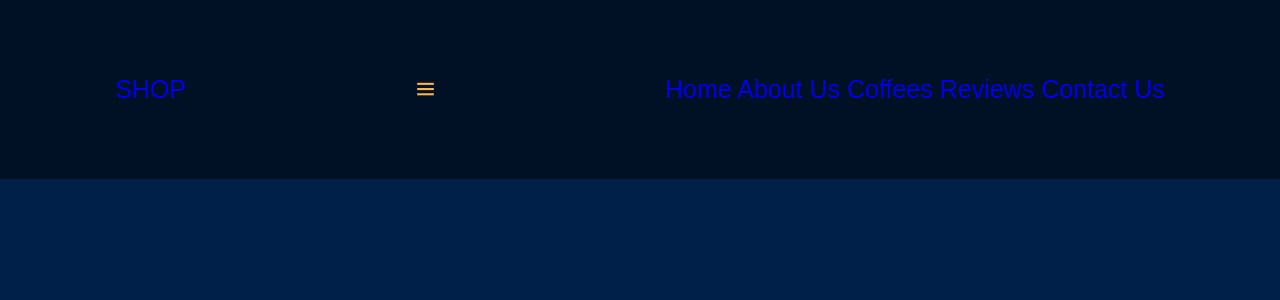
Repository: ntandomagana/Coffee-Shop
Page: index.html
An editor plug-in stored every save of this project. The page is shown before and after a run of saves, followed by the edit.
The browser window is 1280 px wide. The pictures show the whole page.

Above is the page before, as saved 2024-04-10 13:41:46.

After the next 3 saves:
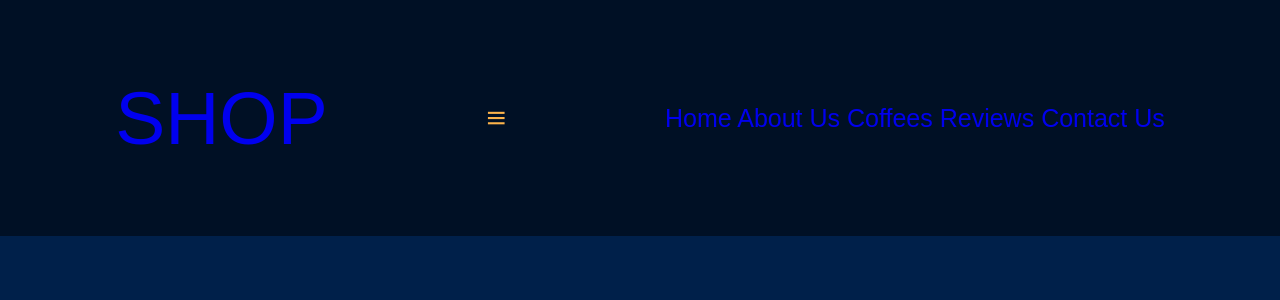
The 3 saves are shown as one change because they came seconds apart.
The last was saved 14 s later.
--- a/style.css
+++ b/style.css
@@ -39,3 +39,7 @@
     justify-content: space-between;
     z-index: 100;
 }
+
+.logo {
+    font-size: 3rem;
+}
